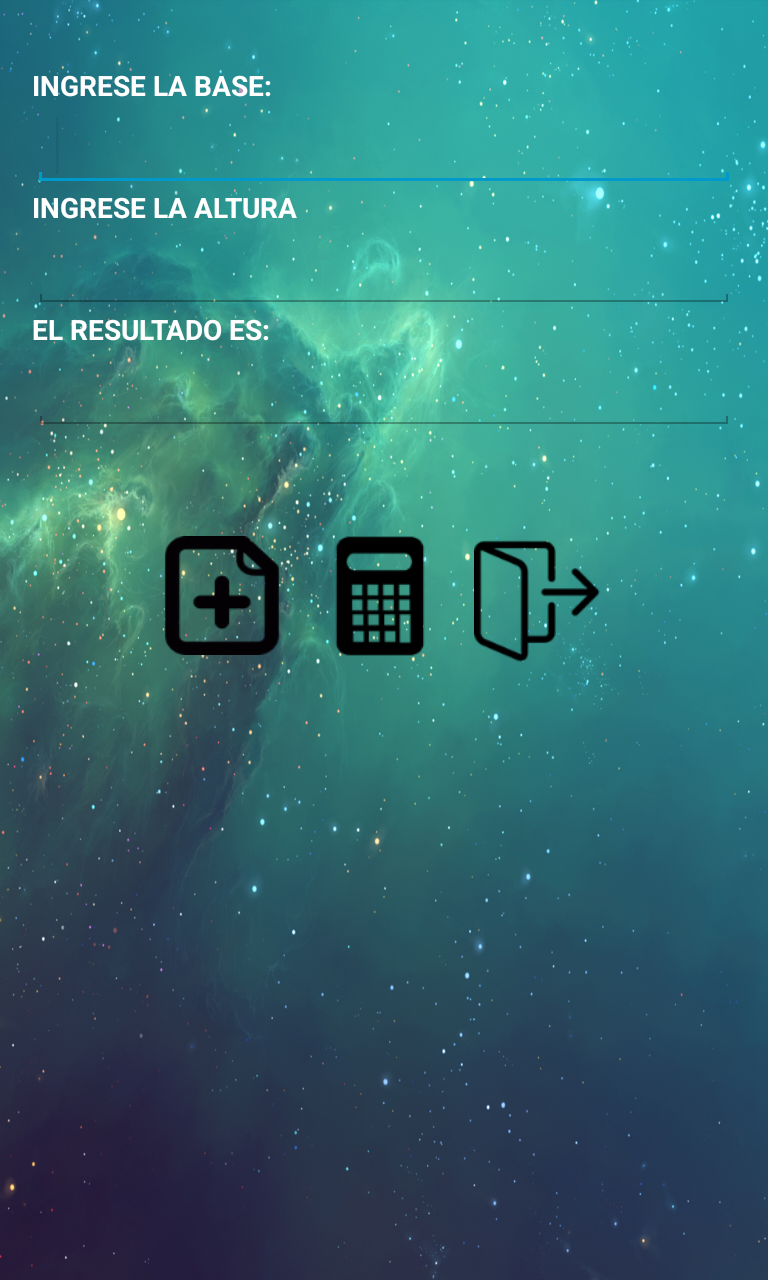
Repository: sherildyasmin06/ServiceAndroid
Layout: AplicacionAndroid/Servicio01/res/layout/activity_triangulo.xml
These files come from the project's save history. The layout is drawn as it stood at one moment and after the next save; the edit follows.
It is drawn on a 768 x 1280 px phone screen (xhdpi) without system bars, with theme AppTheme; the app's code is not run.

Above is the layout before, as saved 2017-12-06 16:00:55.

After the next save:
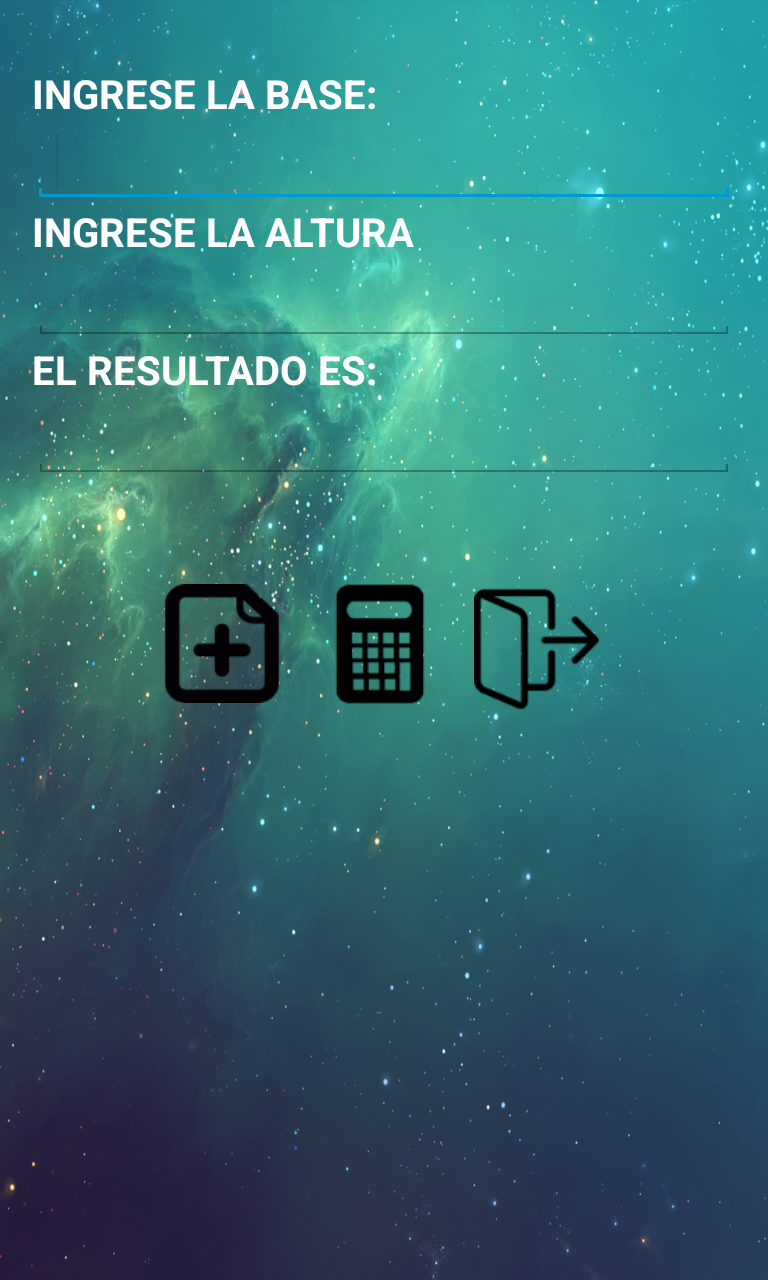
Saved 4 min 26 s later.
--- a/AplicacionAndroid/Servicio01/res/layout/activity_triangulo.xml
+++ b/AplicacionAndroid/Servicio01/res/layout/activity_triangulo.xml
@@ -24,6 +24,7 @@
             android:layout_height="wrap_content"
             android:text="@string/base"
             android:textColor="@color/colortextview"
+            android:textSize="@dimen/tamanotextview"
             android:textStyle="bold" />
 
         <EditText
@@ -44,6 +45,7 @@
             android:layout_height="wrap_content"
             android:text="@string/altura"
             android:textColor="@color/colortextview"
+            android:textSize="@dimen/tamanotextview"
             android:textStyle="bold" />
 
         <EditText
@@ -61,6 +63,7 @@
             android:layout_height="wrap_content"
             android:text="@string/resultado"
             android:textColor="@color/colortextview"
+            android:textSize="@dimen/tamanotextview"
             android:textStyle="bold" />
 
         <EditText
